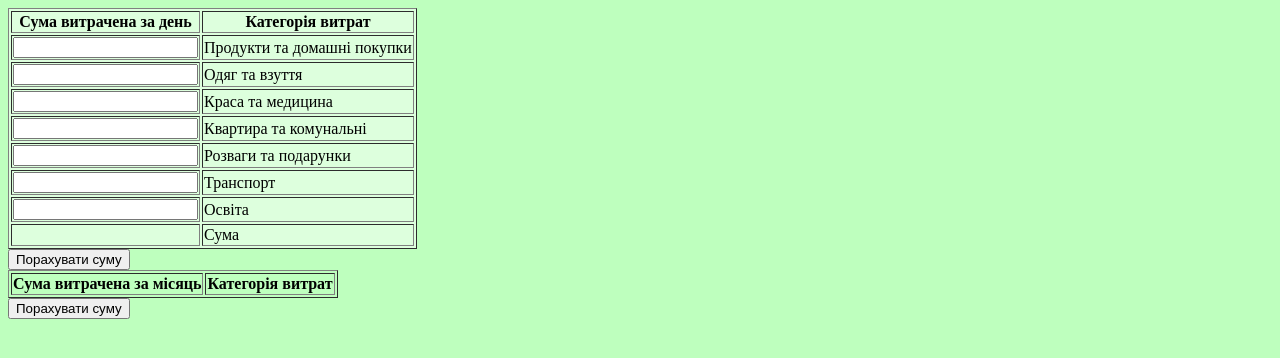
Repository: alexandrastarovoyda-star/Planer2
Page: index.html
An editor plug-in stored every save of this project. The page is shown before and after the next save, followed by the edit.
The browser window is 1280 px wide. The pictures show the whole page.

Above is the page before, as saved 2026-03-25 21:55:14.

After the next save:
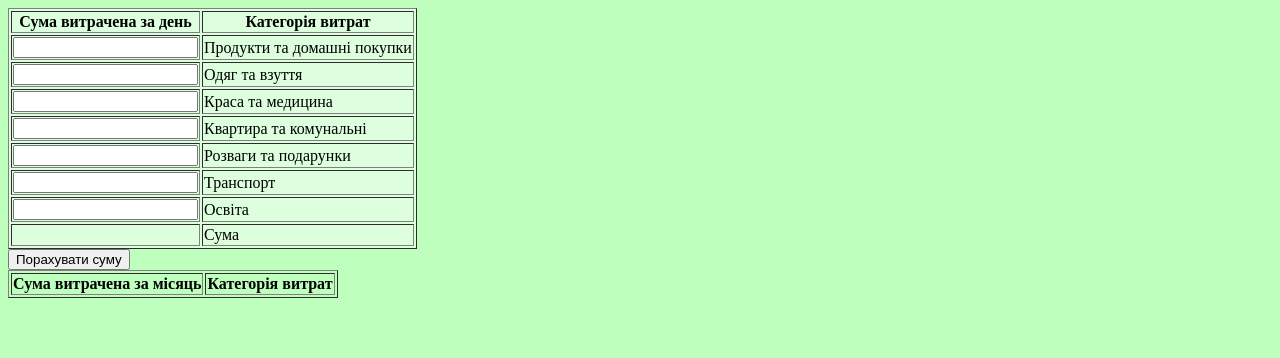
Saved 62 s later.
--- a/index.html
+++ b/index.html
@@ -8,22 +8,23 @@
     </head>
     <body>
         <div>
-        <table border="1" class="table_calculator" id="day_spend_table">
-            <tr>
-                <th>Сума витрачена за день</th>
-                <th>Категорія витрат</th>
-            </tr>
-        </table>
-        <button id="Calculate_sum">Порахувати суму</button>
-        </div>
-        <div>
-        <table border="1" class="table_calculator" id="month_spend_table">
-            <tr>
-                <th>Сума витрачена за місяць</th>
-                <th>Категорія витрат</th>
-            </tr>
-        </table>
-        <button id="Calculate_sum">Порахувати суму</button>
+            <div>
+            <table border="1" class="table_calculator" id="day_spend_table">
+                <tr>
+                    <th>Сума витрачена за день</th>
+                    <th>Категорія витрат</th>
+                </tr>
+            </table>
+            <button id="Calculate_sum">Порахувати суму</button>
+            </div>
+            <div>
+            <table border="1" class="table_calculator" id="month_spend_table">
+                <tr>
+                    <th>Сума витрачена за місяць</th>
+                    <th>Категорія витрат</th>
+                </tr>
+            </table>
+            </div>
         </div>
     <script src="js/index.js"></script>
     </body>
